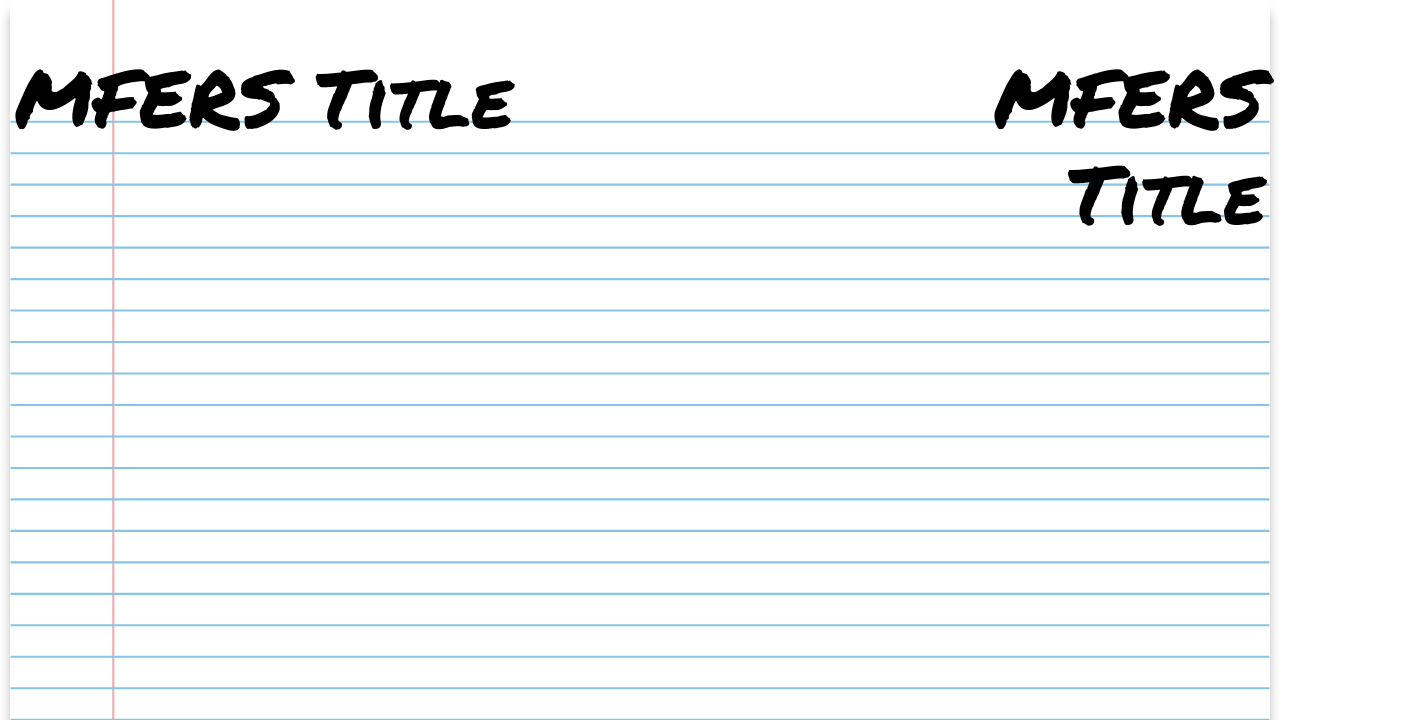
Repository: danishmahmoodawan/mfers
Page: /
The author's editor kept a copy of each file at every save. The page is drawn from the files as they stood at one save, then again after the next save.
The browser window is 1280 px wide. The page is 1280 px wide, then 1408 px, so the pictures cover 1408 px, including what lies to the right of the window. The pictures show the whole page.
The project was rebuilt for these pictures with package versions that can differ from the ones it lists, and the page was loaded fresh each time.

Above is the page before, as saved 2022-04-05 21:46:42.

After the next save:
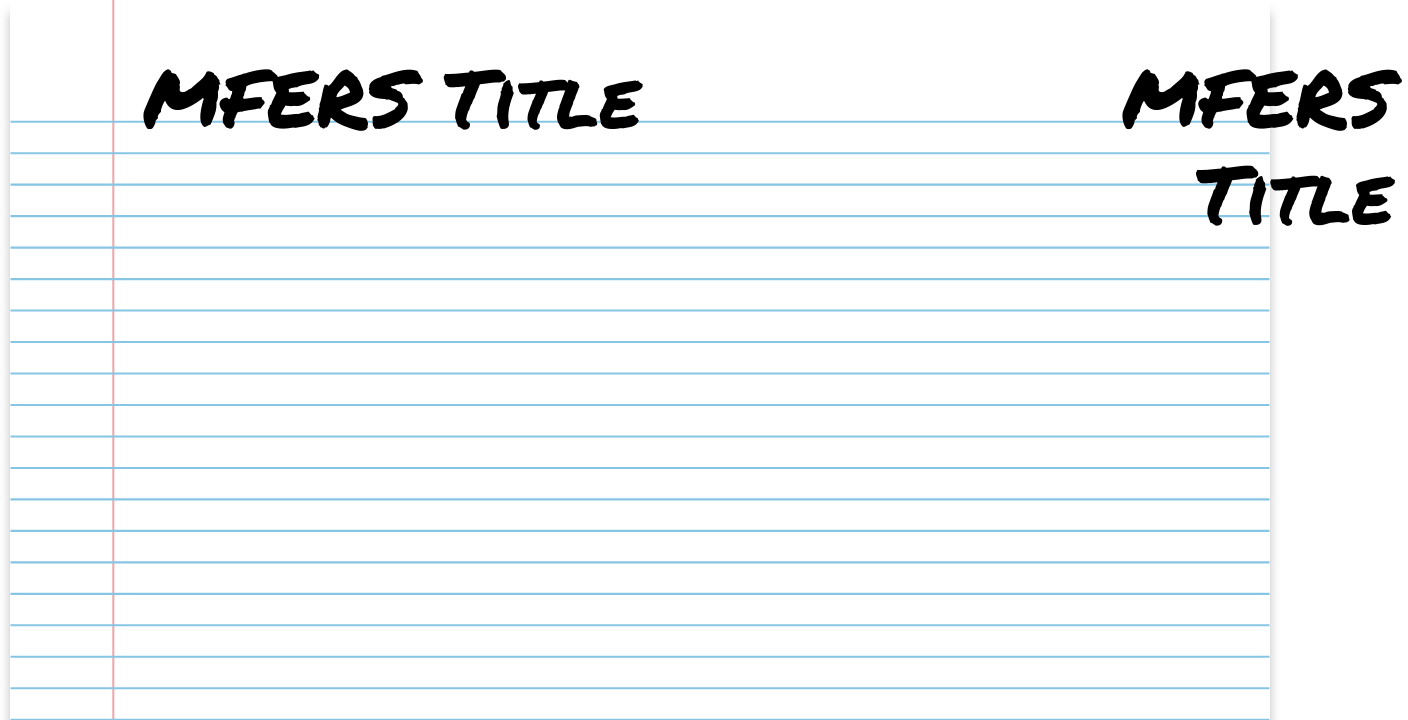
Saved 5 s later.
--- a/public/assets/css/style.css
+++ b/public/assets/css/style.css
@@ -21,7 +21,7 @@
 
 }
 @media only screen and (min-width: 1220px) {
-.container{
+.containeradjust{
 margin-left: 10%;
 margin-right: 10%;
 }
